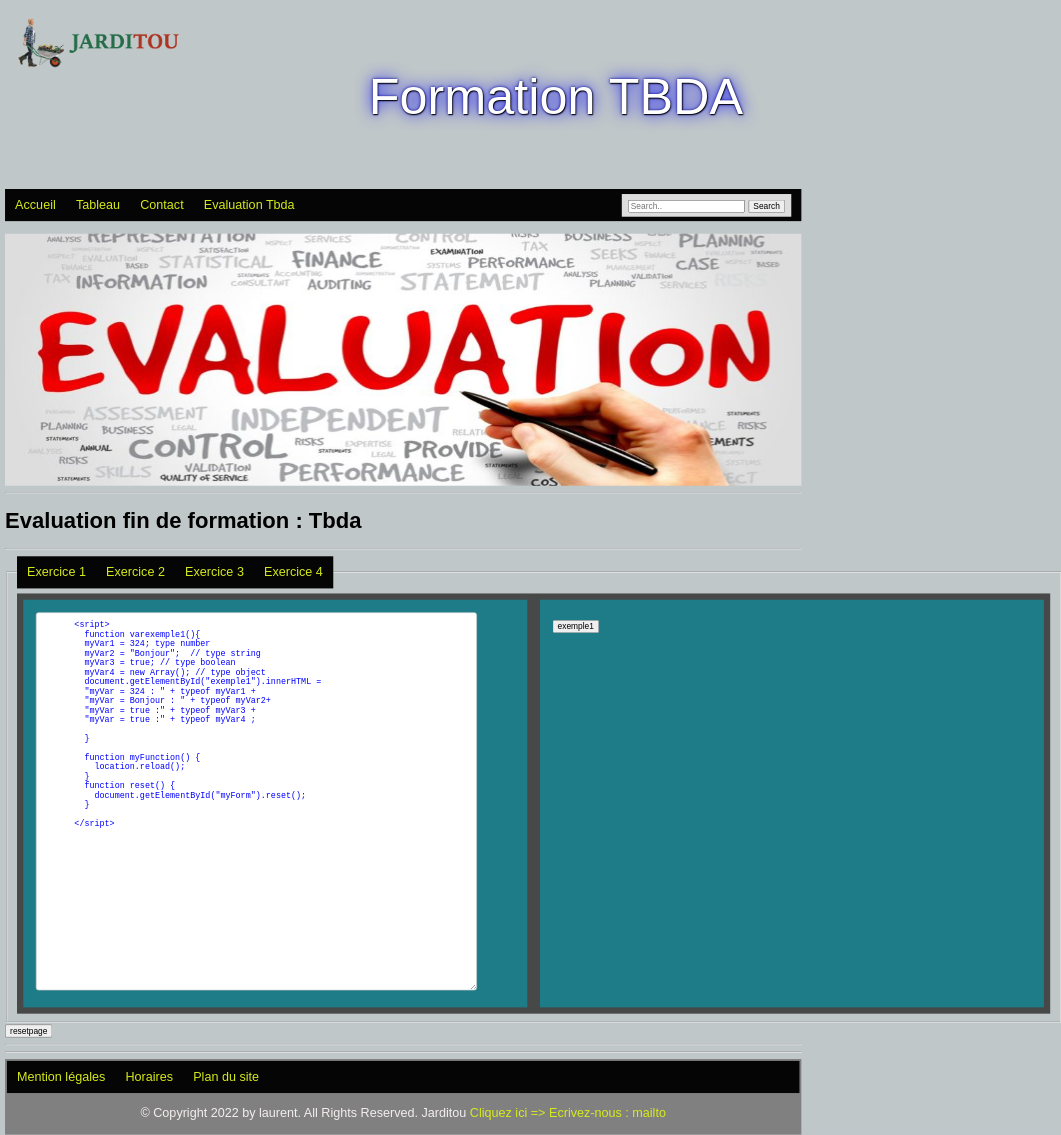
Repository: laurentbul/jarditou
Page: javascript/EvaluationTbda/evaluation_tbda.html
The author's editor kept a copy of each file at every save. The page is drawn from the files as they stood at one save, then again after the next save.
The browser window is 1280 px wide. The page is 1684 px wide, so the pictures cover 1684 px, including what lies to the right of the window. The pictures show the whole page, at 63% of full size.

Above is the page before, as saved 2022-12-15 03:40:32.

After the next save:
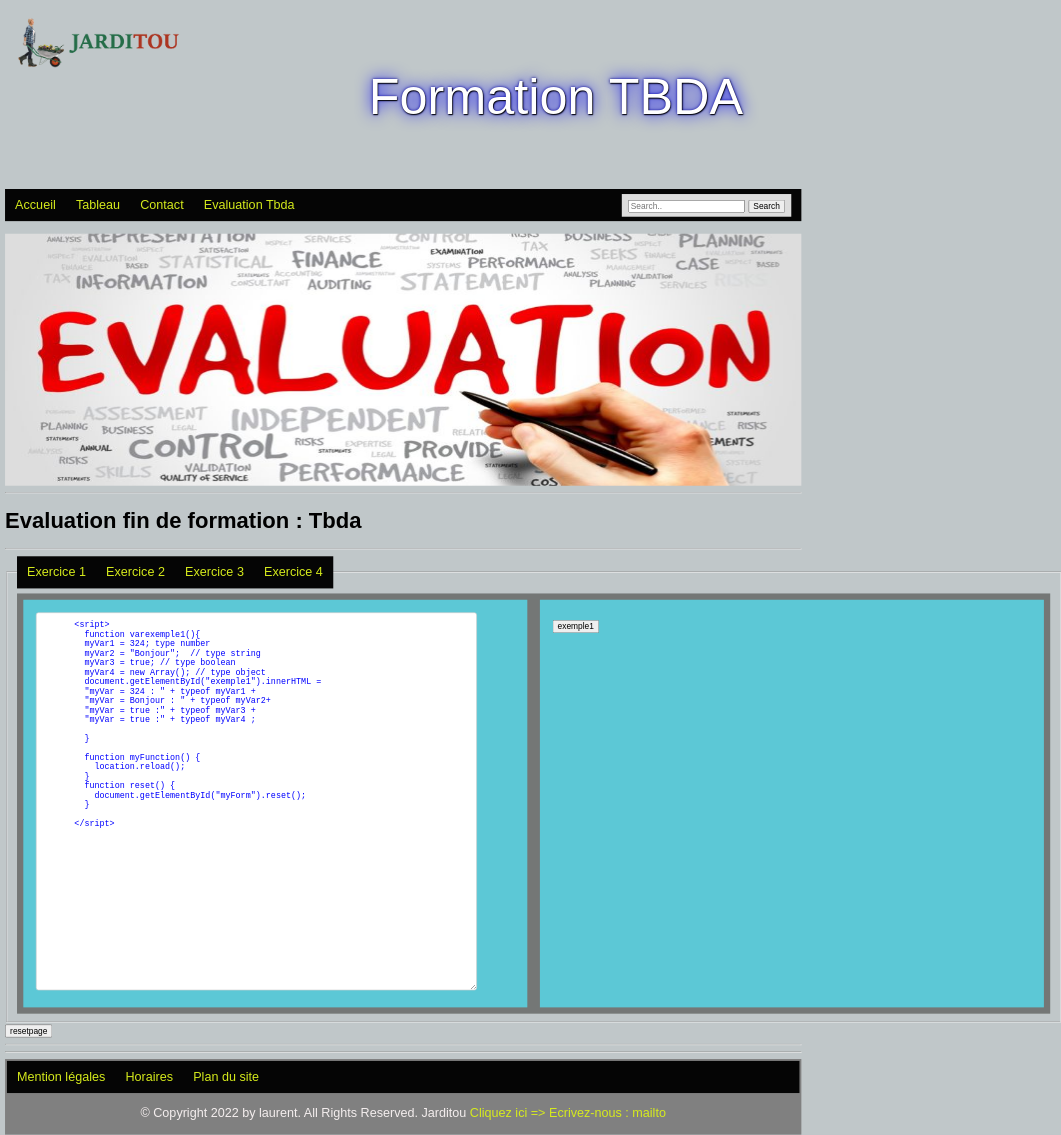
Saved 40 s later.
--- a/javascript/EvaluationTbda/evaluation_tbda.html
+++ b/javascript/EvaluationTbda/evaluation_tbda.html
@@ -11,11 +11,11 @@
   <style>
     .flex-container2 {
       display: flex;
-      background-color: rgb(70, 73, 72);
+      background-color: rgb(116, 119, 118);
     }
 
     .flex-container2 > div {
-      background-color: #1e7c89;
+      background-color: #5cc8d6;
       margin: 10px;
       padding: 20px;
       font-size: 30px;
